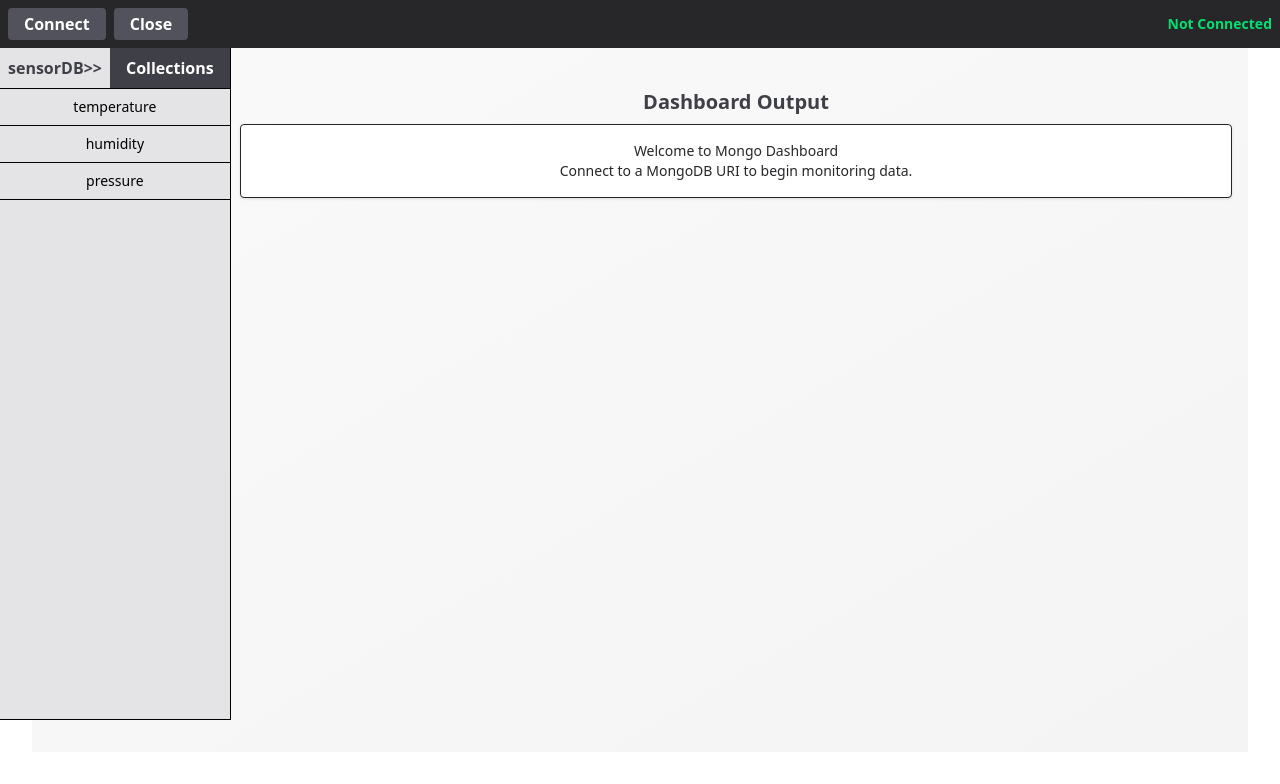
Repository: aryan151pratap/Dashboard
Page: / (app in frontened/), after clicking the first element matching `li.hover\:underline`
An editor plug-in stored every save of this project. The page is shown before and after the next save, followed by the edit.
The browser window is 1280 px wide. The pictures show the whole page.
The project was rebuilt for these pictures with package versions that can differ from the ones it lists, and the page was loaded fresh each time. Also part of the build but not shown: frontened/vite.config.js, frontened/src/component/connect.jsx.

Above is the page before, as saved 2025-06-24 14:34:15.

After the next save:
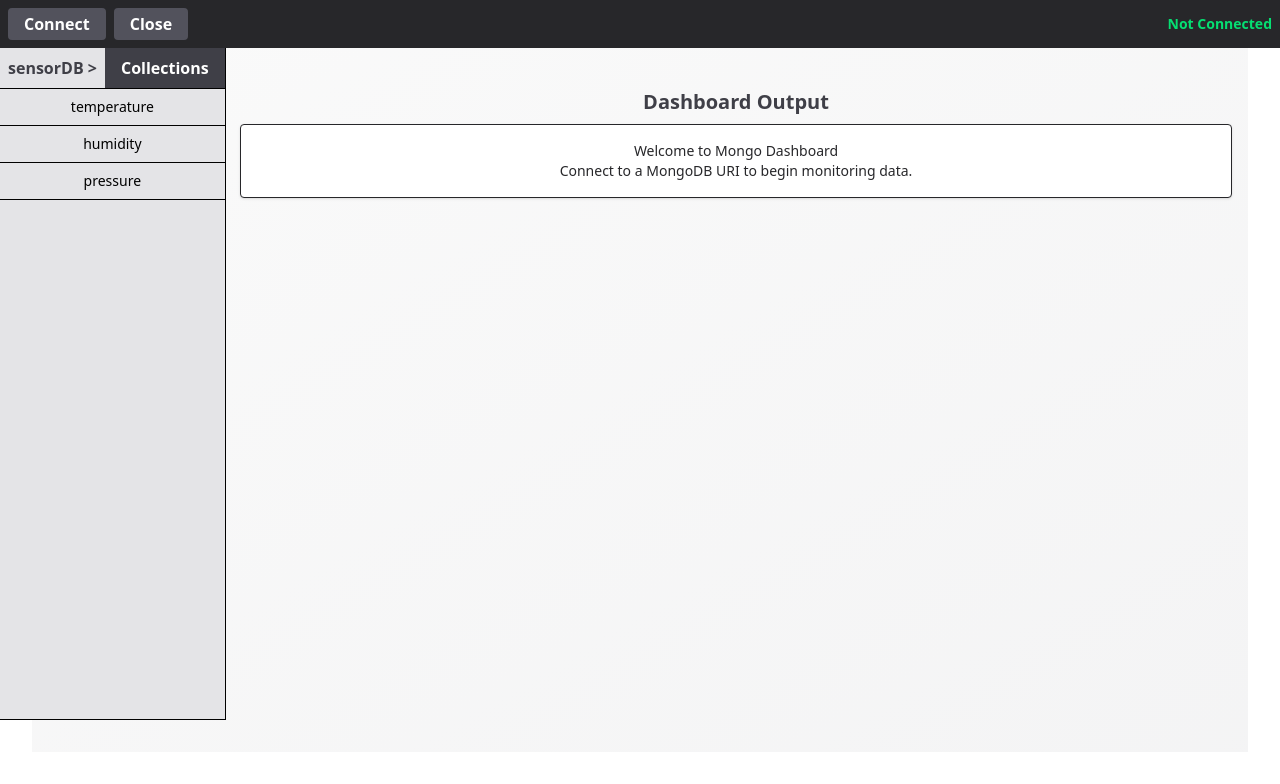
Saved 9 s later.
--- a/frontened/src/component/left_bar.jsx
+++ b/frontened/src/component/left_bar.jsx
@@ -16,7 +16,7 @@ function Left_bar(){
 				onClick={() => setCurrent_database(null)}
 				>
 					{current_database ?
-					<span>{`${current_database.name}>>`}</span>
+					<span>{`${current_database.name} >`}</span>
 					:
 					<span>Databases</span>
 					}
